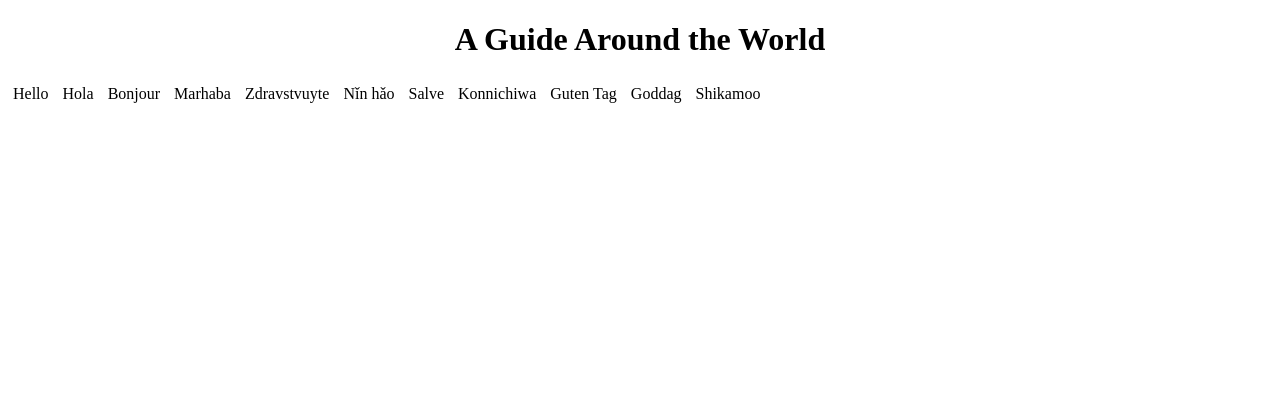
Repository: alharama/StaticWebsite
Page: index.html
An editor plug-in stored every save of this project. The page is shown before and after the next save, followed by the edit.
The browser window is 1280 px wide. The pictures show the whole page.

Above is the page before, as saved 2021-09-20 18:41:59.

After the next save:
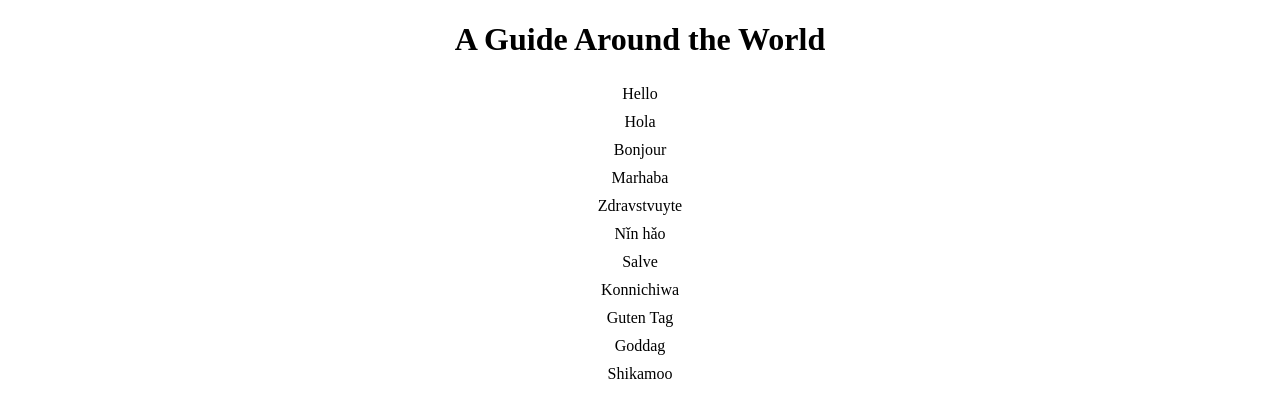
Saved 37 s later.
--- a/index.html
+++ b/index.html
@@ -16,7 +16,8 @@
         }
 
         div{
-            display: inline-block;
+            display: flex;
+            flex-direction: row;
             justify-content: space-evenly;
             align-items: center;
             padding: 5px;
